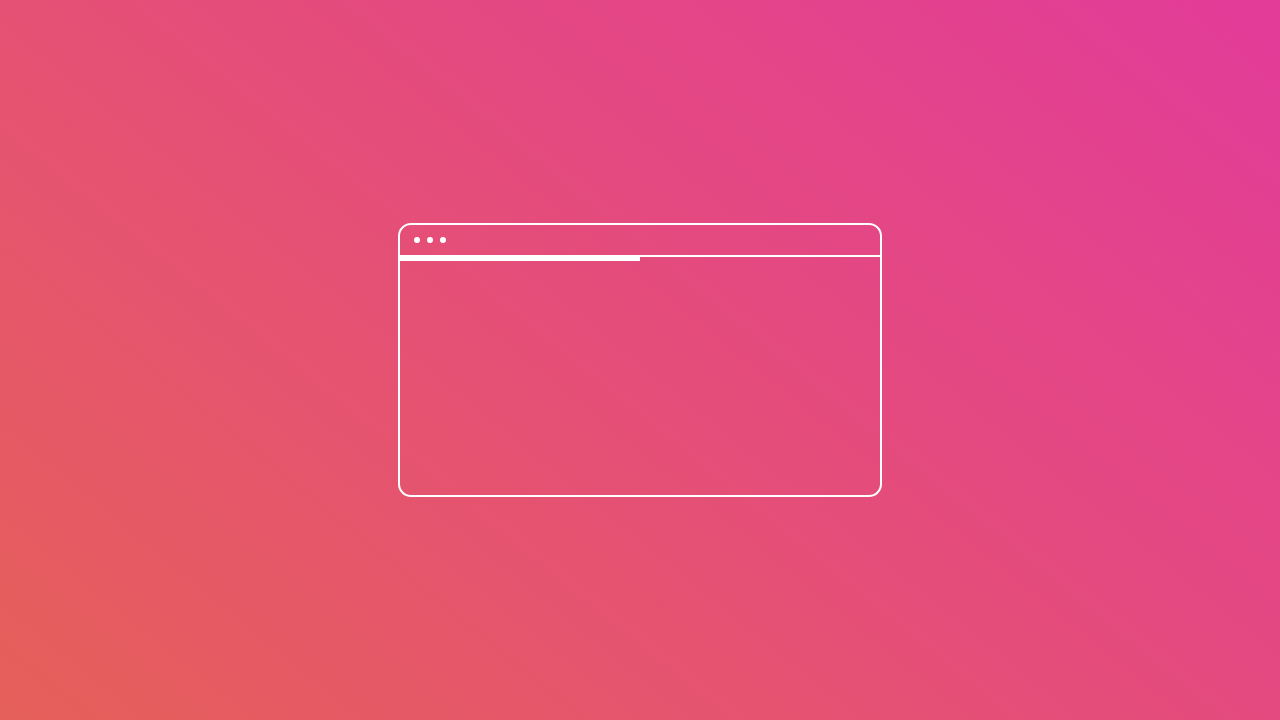
Repository: wrzonki/3d-css
Page: index.html
These files come from the project's save history. The page is drawn as it stood at one moment and after the next save; the edit follows.
The browser window is 1280 px wide. The pictures show the whole page.
The style sheet was rebuilt from its Sass, Less or Tailwind sources for each picture, by a compiler version that may differ from the author's.

Above is the page before, as saved 2019-11-25 21:16:10.

After the next save:
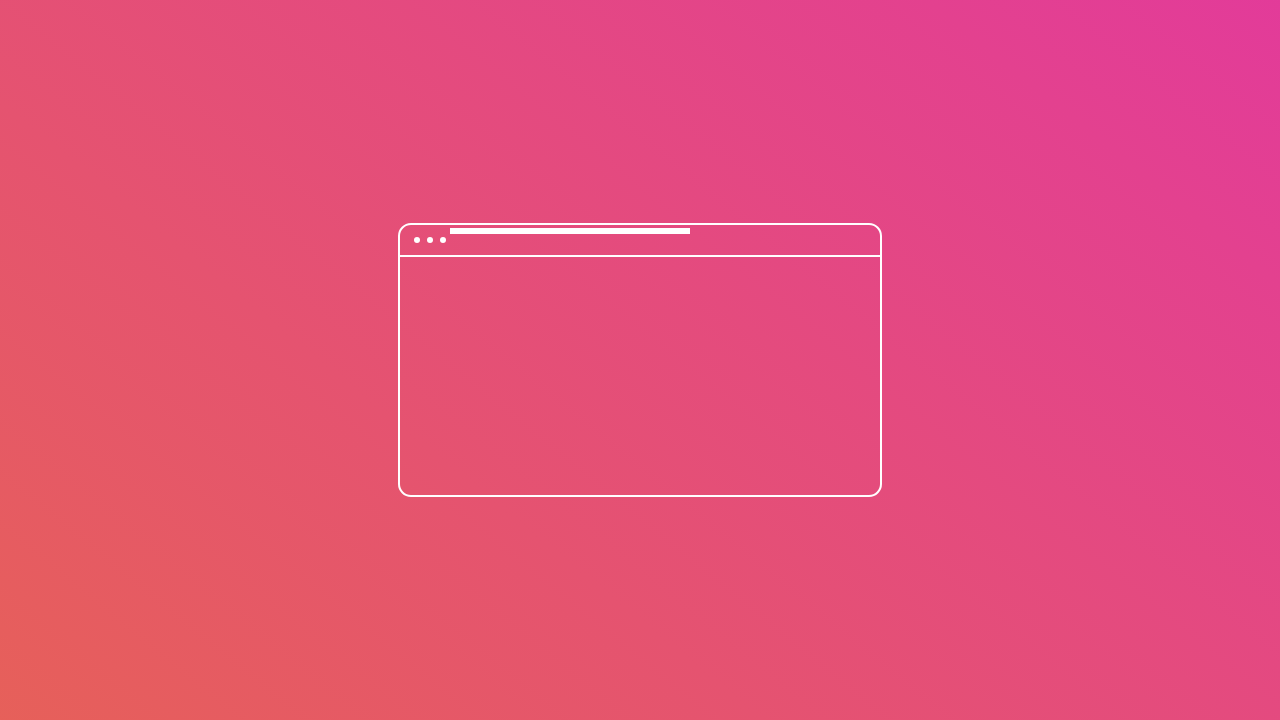
Saved 53 s later.
--- a/index.scss
+++ b/index.scss
@@ -48,8 +48,10 @@ body {
         height: $height;
         position: relative;
         border-bottom: 2px solid #fff;
+        display: flex;
+        justify-content: flex-start;
+        align-items: center;
         .dots {
-            display: inline-block;
             width: 40px;
             height: $height;
             display: flex;
